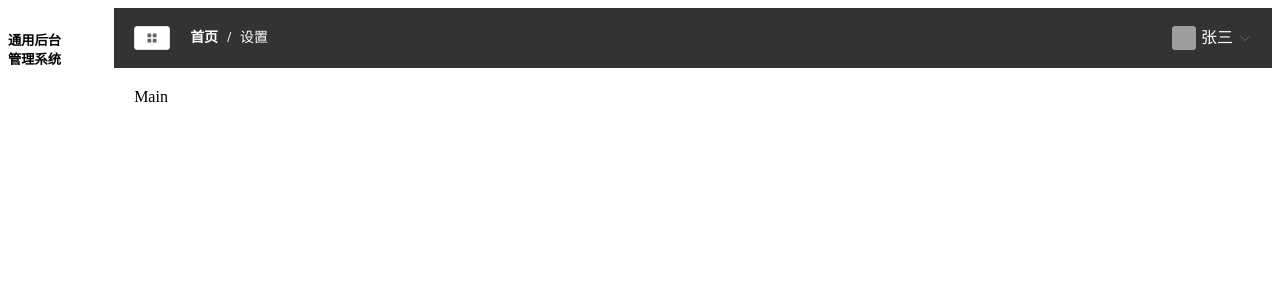
Repository: dishuibaby/vue-app
Page: /
An editor plug-in stored every save of this project. The page is shown before and after the next save, followed by the edit.
The browser window is 1280 px wide. The pictures show the whole page.
Pictures or frames that could not be fetched are drawn as grey boxes. The project was rebuilt for these pictures with package versions that can differ from the ones it lists, and the page was loaded fresh each time. Also part of the build but not shown: vite.config.js.

Above is the page before, as saved 2024-08-11 20:39:00.

### src/main.js
import { createApp } from 'vue'
import App from './App.vue'
import router from './router'
import * as ElementPlusIconsVue from '@element-plus/icons-vue'

const app = createApp(App);
for (const [key, component] of Object.entries(ElementPlusIconsVue)) {
    app.component(key, component)
}

app.use(router);
app.mount('#app');

### src/components/CommonAside.vue
<template>
  <el-row class="tac">
    <el-col :span="12">
      <h5 class="mb-2">通用后台管理系统</h5>
      <el-menu
        active-text-color="#ffd04b"
        background-color="#545c64"
        class="el-menu-vertical-demo"
        default-active="2"
        text-color="#fff"
        @open="handleOpen"
        @close="handleClose"
      >
        <el-sub-menu
            v-for="item in menus"
            :index="item.path"
            :key="item.path"
        >
        <!-- 判断是否存在 children 元素 -->
        <template v-if="item.children">
            <el-menu-item-group>
            <el-menu-item
                v-for="child in item.children"
                :index="child.path"
                :key="child.path"
            >
                <component class="icons" :is="child.icon" />
                <span>{{child.label}}</span>
            </el-menu-item>
            </el-menu-item-group>
        </template>

        <!-- 如果没有 children，则渲染普通菜单项 -->
        <template v-else>
            <el-menu-item :index="item.path">
            <component class="icons" :is="item.icon" />
            <span>{{item.label}}</span>
            </el-menu-item>
        </template>
        </el-sub-menu>
      </el-menu>
    </el-col>
  </el-row>
</template>
<script>
import { ref, computed } from "vue";
//菜单数据
const menus = [
  {
    path: "/dashboard",
    label: "仪表盘",
    icon: "el-icon-s-home",
    children: [
      {
        path: "/dashboard/overview",
        name: "overview",
        label: "概览",
        icon: "el-icon-s-data",
        url: "/dashboard/overview",
      },
      {
        path: "/dashboard/stats",
        name: "stats",
        label: "统计",
        icon: "el-icon-s-marketing",
        url: "/dashboard/stats",
      },
    ],
  },
  {
    path: "/settings",
    label: "设置",
    icon: "el-icon-s-tools",
    children: [
      {
        path: "/settings/profile",
        name: "profile",
        label: "个人设置",
        icon: "el-icon-user-solid",
        url: "/settings/profile",
      },
      {
        path: "/settings/security",
        name: "security",
        label: "安全设置",
        icon: "el-icon-lock",
        url: "/settings/security",
      },
    ],
  },
  {
    path: "/help",
    name: "help",
    label: "帮助",
    icon: "el-icon-question",
    url: "/help",
  },
];

const hasChidren = computed(() => menus.value.filters((item) => item.children));
const noChidren = computed(() => menus.value.filters((item) => !item.children));
</script>

<style type="less" scoped></style>

### src/components/CommonHeader.vue
<template>
  <div class="header">
    <div class="header-left">
      <el-button size="small">
        <el-icon ><Menu /></el-icon>
      </el-button>
      <el-breadcrumb separator="/" class="breadcrumb">
        <el-breadcrumb-item :to="{ path: '/' }">首页</el-breadcrumb-item>
        <el-breadcrumb-item>设置</el-breadcrumb-item>
      </el-breadcrumb>
    </div>
    <div class="header-right">
      <el-dropdown>
        <span class="el-dropdown-link">
          <el-avatar shape="square" size="small" src="https://cube.elemecdn.com/3/7c/3ea6beec64369c2642b92c6726f1epng.png" />
          <el-text class="mx-1" size="large">张三</el-text>
          <el-icon class="el-icon--right">
            <arrow-down />
          </el-icon>
        </span>
        <template #dropdown>
          <el-dropdown-menu>
            <el-dropdown-item>个人中心</el-dropdown-item>
            <el-dropdown-item>退出登陆</el-dropdown-item>
          </el-dropdown-menu>
        </template>
      </el-dropdown>
    </div>
  </div>
</template>
<script >

</script>
<style lang="less" scoped>
.header{
  display: flex;
  justify-content: space-between;
  align-items: center;
  width: 100%;
  height: 100%;
  background-color: #333;
}

.header-left{
  display: flex;
  align-items: center;
  .el-button {
    margin-right: 20px;
  }
}
.breadcrumb{
  font-size: 14px;
}

.el-dropdown-link{
  display: flex;
  justify-content: space-between;
  align-items: center;
  .el-avatar{
    margin-right: 5px;
  }
  .el-text{
    color: #fff;
  }
}

:deep(.breadcrumb span) {
  color: #fff !important;
  cursor: pointer;
}
</style>

### src/router/index.js
import {createRouter, createWebHashHistory} from "vue-router";

//指定路由规则
const routes = [
    {
        path: '/',
        name: 'main',
        component: () => import('@/views/Main.vue')
    },
];

const router = createRouter({
    history: createWebHashHistory(),
    routes
});

export default router;

### src/views/Main.vue
<script setup>
import CommonAside from '@/components/CommonAside.vue'


</script>

<template>
  <div class="common-layout">
    <el-container class="lay-container">
        <common-aside />
        <el-container>
            <el-header class="el-header">
                <common-header />
            </el-header>
            <el-main>
                Main
            </el-main>
        </el-container>
    </el-container>
  </div>
</template>

<style scoped lang="less">
    .common-layout,lay-container{
        width: 100%;
        height: 100%;
        overflow: hidden;
    }
    .el-header{
        background-color: #333;

    }

</style>

Loaded but not shown: index.html (common file); src/App.vue (common file)

After the next save:
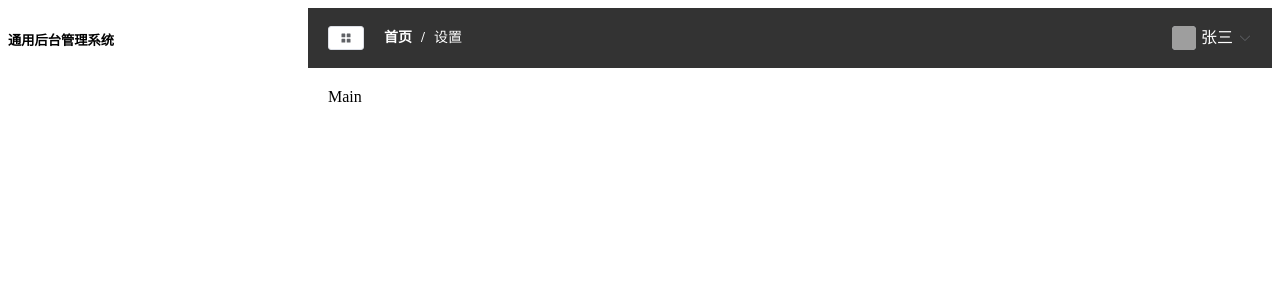
Saved 58 s later.
--- a/src/components/CommonAside.vue
+++ b/src/components/CommonAside.vue
@@ -1,6 +1,5 @@
 <template>
-  <el-row class="tac">
-    <el-col :span="12">
+  <el-aside class="tac">
       <h5 class="mb-2">通用后台管理系统</h5>
       <el-menu
         active-text-color="#ffd04b"
@@ -39,8 +38,7 @@
         </template>
         </el-sub-menu>
       </el-menu>
-    </el-col>
-  </el-row>
+  </el-aside>
 </template>
 <script>
 import { ref, computed } from "vue";
